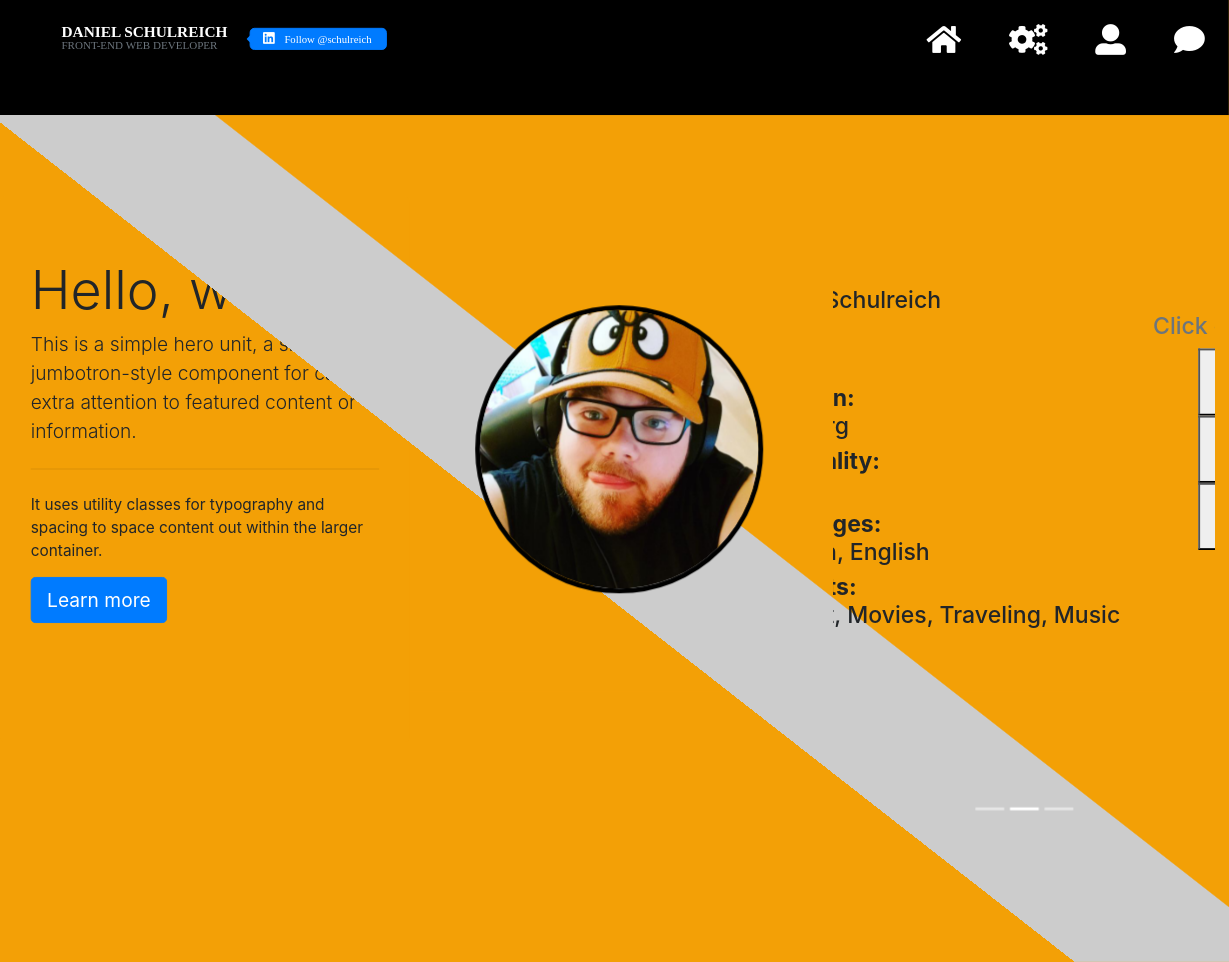
Repository: schulreich/my_portfolio
Page: portfolio.html
These files come from the project's save history. The page is drawn as it stood at one moment and after the next save; the edit follows.
The browser window is 1280 px wide. The pictures show the whole page, at 96% of full size.
Some web fonts or font styles are not loaded; a fallback is used. Some web libraries are served in a nearby version.

Above is the page before, as saved 2020-06-17 19:04:56.

After the next save:
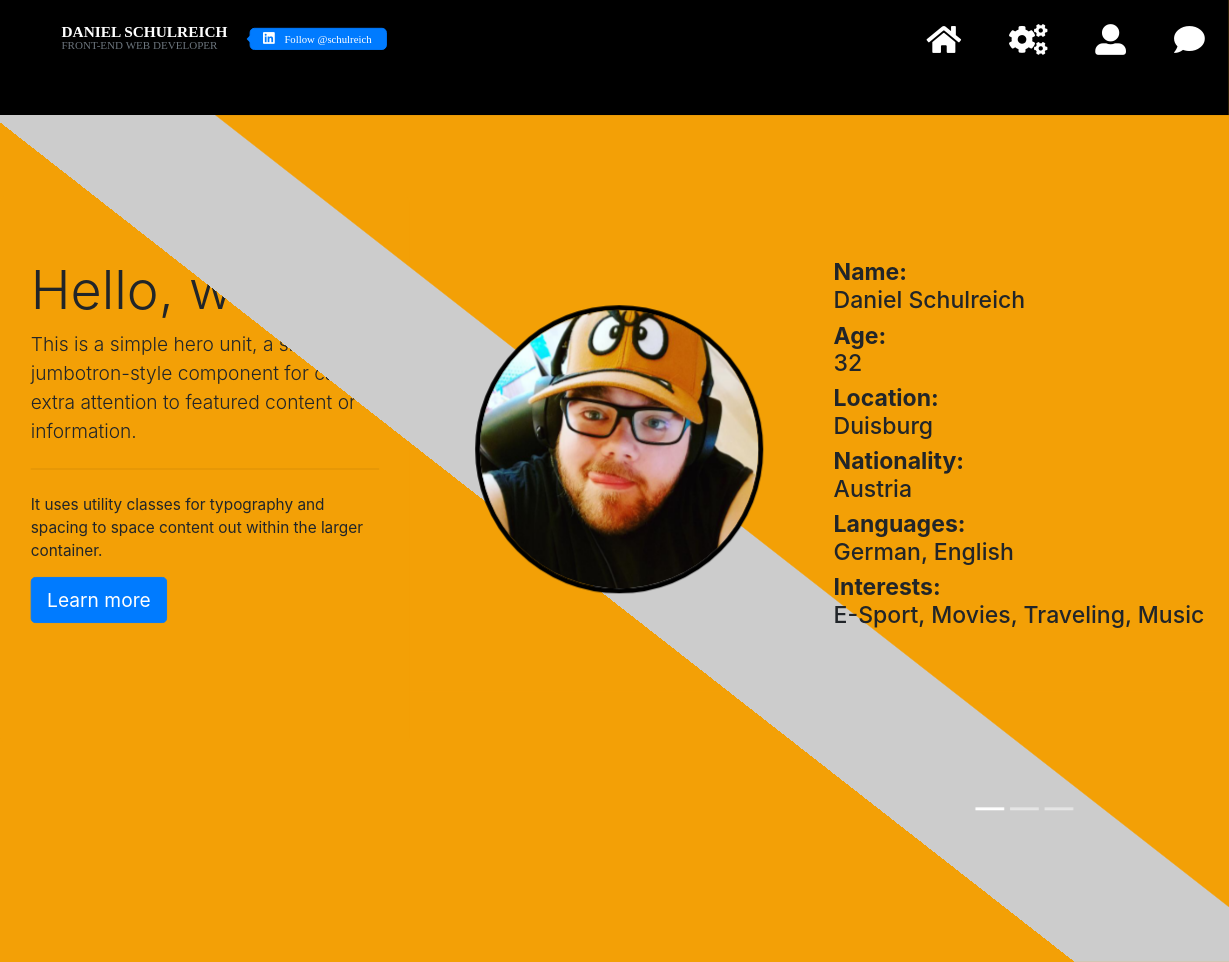
Saved 54 s later.
--- a/portfolio.html
+++ b/portfolio.html
@@ -161,8 +161,8 @@
               <img class="skew" src="https://dummyimage.com/200x753/000/000" alt="">
               <img class="rounded-circle " src="images/test.jpeg" alt="">
           </div>
-
-<aside id="carouselExampleIndicators" class="col-lg-4 personal-information carousel slide" data-ride="carousel">
+<!-- data-ride="carousel" -->
+<aside id="carouselExampleIndicators" class="col-lg-4 personal-information carousel slide" >
         <ol class="carousel-indicators">
                 <li data-target="#carouselExampleIndicators" data-slide-to="0" class="active"></li>
                 <li data-target="#carouselExampleIndicators" data-slide-to="1"></li>

After the save that followed:
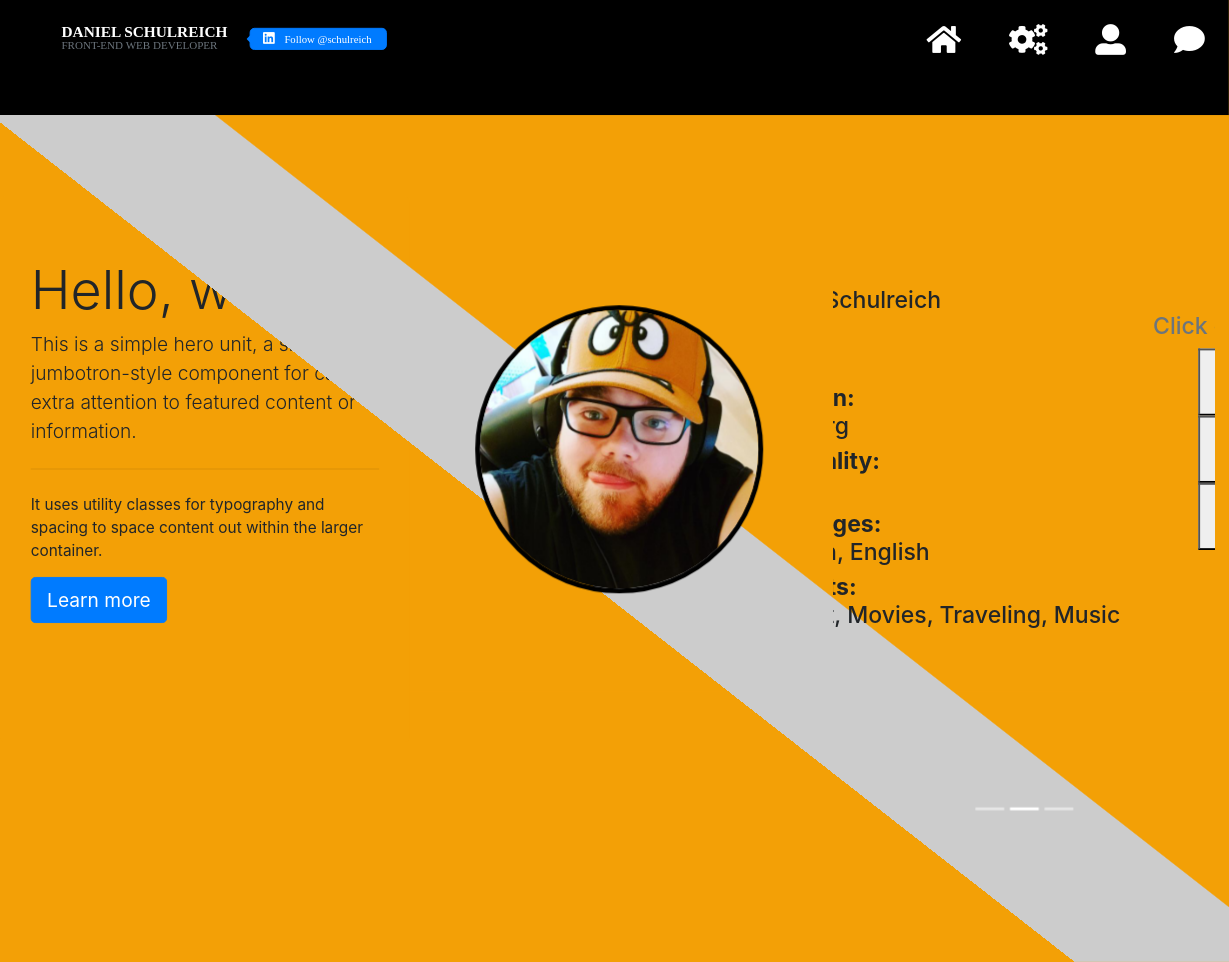
Saved 43 s later.
--- a/portfolio.html
+++ b/portfolio.html
@@ -161,8 +161,8 @@
               <img class="skew" src="https://dummyimage.com/200x753/000/000" alt="">
               <img class="rounded-circle " src="images/test.jpeg" alt="">
           </div>
-<!-- data-ride="carousel" -->
-<aside id="carouselExampleIndicators" class="col-lg-4 personal-information carousel slide" >
+
+<aside id="carouselExampleIndicators" class="col-lg-4 personal-information carousel slide" data-ride="carousel">
         <ol class="carousel-indicators">
                 <li data-target="#carouselExampleIndicators" data-slide-to="0" class="active"></li>
                 <li data-target="#carouselExampleIndicators" data-slide-to="1"></li>
